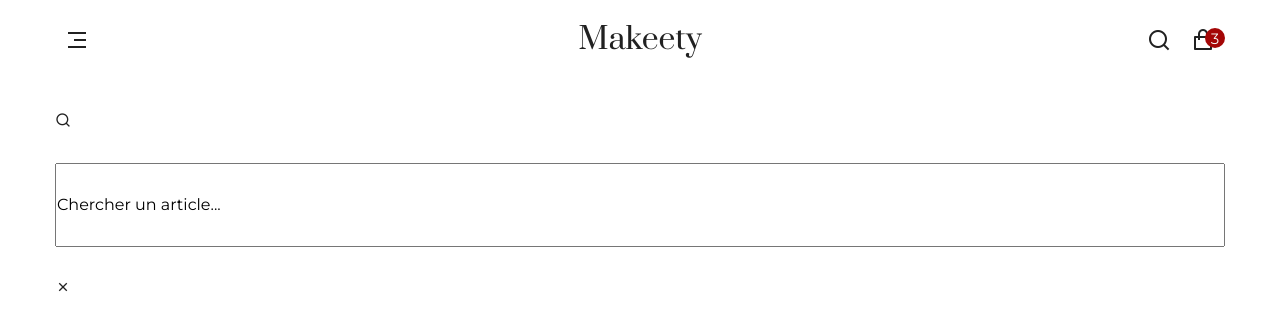
Repository: keita8/makeety-ecommerce
Page: index.html
These files come from the project's save history. The page is drawn as it stood at one moment and after the next save; the edit follows.
The browser window is 1280 px wide. The pictures show the whole page.

Above is the page before, as saved 2023-01-26 18:44:34.

### index.html
<!DOCTYPE html>
<html lang="fr">

<head>
    <meta charset="UTF-8">
    <meta http-equiv="X-UA-Compatible" content="IE=edge">
    <meta name="viewport" content="width=device-width, initial-scale=1.0">
    <link rel="stylesheet" href="css/style.css">
    <link href="https://cdn.jsdelivr.net/npm/remixicon@2.5.0/fonts/remixicon.css" rel="stylesheet">
    <title>Shop</title>
</head>

<body>
    <div class="page-home" id="page">
        <header>
            <div class="inner-header">
                <div class="container wide">
                    <div class="wrap">
                        <div class="header-left">
                            <div class="menu-bar">
                                <a href="#0" class="menu-trigger"> <i class="ri-menu-3-line"></i> </a>
                            </div>

                            <div class="list-inline">
                                <ul>
                                    <li>
                                        <a href=""><i class="ri-user-line"></i></a>
                                    </li>
                                    <li>
                                        <a href=""><span class="item-floating">8</span> <i class="ri-star-line"></i></a>
                                    </li>
                                </ul>
                            </div>
                        </div>
                        <div class="header-center">
                            <nav class="menu">
                                <ul>
                                    <li><a href=""><span>Femmes</span></a></li>
                                    <li>
                                        <a href="">
                                            <span>Hommes</span>
                                        </a>
                                    </li>
                                    <li><a href=""><span>Enfants</span></a></li>
                                </ul>
                                <ul>
                                    <li><a href=""><span>Spécial</span></a></li>
                                    <li><a href=""><span>Best seller</span></a></li>
                                </ul>
                            </nav>

                            <div class="branding"><a href="">Makeety</a></div>
                        </div>
                        <div class="header-right">
                            <div class="list-inline">
                                <ul>
                                    <li><a href=""><i class="ri-search-line"></i></a></li>
                                    <li><a href=""><span class="item-floating">3</span><i class="ri-shopping-bag-line"></i></a></li>
                                </ul>
                            </div>
                        </div>
                    </div>
                </div>
                <div id="search-float" class="search-float">
                    <div class="container wide">
                        <form action="">
                            <i class="ri-search-line"></i>
                            <input class="input" type="search" name="q" placeholder="Chercher un article..." required>
                            <i class="ri-close-line"></i>
                        </form>
                    </div>
                </div>
            </div>
        </header>
    </div>


    <script src="js/script.js"></script>
</body>

</html>

### css/style.css
@import url('https://fonts.googleapis.com/css2?family=Montserrat&family=Prata:ital,wght@0,100;0,200;0,300;0,400;0,500;0,600;0,700;0,800;0,900;1,100;1,200;1,300;1,400;1,500;1,600;1,700;1,800;1,900&display=swap');
@import url('https://fonts.googleapis.com/css2?family=Montserrat:ital,wght@0,100;0,200;0,300;0,400;0,500;0,600;0,700;0,800;0,900;1,100;1,200;1,300;1,400;1,500;1,600;1,700;1,800;1,900&family=Prata&display=swap');
:root {
    --primary-font: 'Montserrat', sans-serif;
    --second-font: 'Prata', serif;
    --fs14: 14px;
    --fw600: 600;
    --transiton-color: color .3s;
    --transition-background: background-color .3s;
    --transition-border: border .3s;
    --transition-transform: transform .3s;
    --primary-color: #2bcbba;
    --powder: #F7F9F7;
    --rufous: #A40606;
    -xikeki: #0E0004;
    --light-color: #d1d8e0;
    --grey-color: #687080;
    --red-color: #ff4757;
    --white-color: #fff;
    --dark-color: #212121;
    --flashwhite-color: #f1f2f6;
    --fade: fade-bottom .3s cubic-bezier(0.39, 0.575, .0565, 1) both;
    --shadow: 0px 10px 20px 0px rgb(0 0 0 / 20%);
}

html {
    scroll-behavior: smooth;
    overflow: hidden;
}

* {
    margin: 0;
    padding: 0;
    box-sizing: border-box;
}

*,
::before,
 ::after {
    box-sizing: border-box;
}

body {
    font-family: var(--primary-font);
    font-size: 16px;
    font-weight: 400;
    line-height: 1.8;
    color: var(--dark-color);
    background-color: var(--white-color);
}

a {
    text-decoration: none;
    color: inherit;
    -webkit-tap-highlight-color: transparent;
}

img {
    max-width: 100%;
    vertical-align: middle;
}

ul {
    list-style: none;
}

p {
    margin: 0 0 15px;
}

input,
textarea,
select {
    font: inherit;
    width: 100%;
}

input[type=checkbox],
input[type=radio] {
    width: auto;
}

input::placeholder,
textarea::placeholder {
    color: inherit;
}

button {
    font: inherit;
}

strong {
    font-weight: var(--fw600);
}

h1,
h2,
h3,
h4 {
    font-family: var(--second-font);
    font-weight: 400;
    line-height: normal;
}

h1 {
    font-size: 2.75em;
}

h2 {
    font-size: 2.5em;
}

h3 {
    font-size: 2em;
}

h4 {
    font-size: 1em;
}

.container {
    max-width: var(--max-width, 1200px);
    padding: 0 var(--gutter, 15px);
    margin: 0 auto;
}

.item-floating {
    position: absolute;
    font-size: 15px;
    font-weight: var(--fw400);
    top: -8;
    right: 0;
    width: 20px;
    height: 20px;
    background-color: var(--rufous);
    color: var(--powder);
    display: flex;
    align-items: center;
    justify-content: center;
    border-radius: 100%;
}


/*-------------*
SELECTEUR GROUPÉS
*--------------*/

.item-floating .header-center .branding {
    display: flex;
    align-items: center;
    justify-content: center;
}

.inner-header {
    line-height: 80px;
}

.inner-header :where(.wrap,
.menu>ul),
.list-inline>ul {
    display: flex;
    align-items: center;
}

.header-left,
.header-right {
    flex-grow: 1;
}

.header-center nav {
    display: none;
    grid-template-columns: repeat(2, 1fr);
    gap: 180px;
    max-width: 720px;
}

.header-center .branding {
    position: absolute;
    left: 0;
    right: 0;
    top: 0;
    display: flex;
    align-items: center;
    justify-content: center;
    pointer-events: none;
}

.header-center .branding a {
    font-family: var(--second-font);
    font-size: 30px;
    line-height: inherit;
    pointer-events: auto;
}

.header-center .menu>ul>li>a {
    font-size: var(--fs14);
    font-weight: var(--fw600);
    text-transform: uppercase;
    padding: 0 15px;
    display: flex;
    gap: 5px;
}

.header-right ul {
    justify-content: flex-end;
}

.list-inline a,
.menu-trigger {
    position: relative;
    font-size: 24px;
    padding: 0 10px;
    line-height: 1;
    display: flex;
}

.header-left .list-inline {
    display: none;
}

.list-inline a:hover {
    color: var(--dark-color);
}

:where(.header-left,
.header-right) li {
    display: flex;
    align-items: center;
    height: 80px;
}


/* HEADER*/

.inner-header .sear @media (min-width:992px) {
    .menu-trigger {
        display: none;
    }
    .header-center nav {
        display: grid;
    }
    .header-left .list-inline {
        display: block;
    }
}

@media (min-width:1200px) {
    .container .wide {
        --mx-width: 1720px;
        --gutter: 40px;
    }
}

@media (min-width:1400px) {
    .mega-content {
        grid-template-columns: repeat(2, 1fr);
    }
}

Loaded but not shown: js/script.js (no copy from this time; the picture is the same without it)

After the next save:
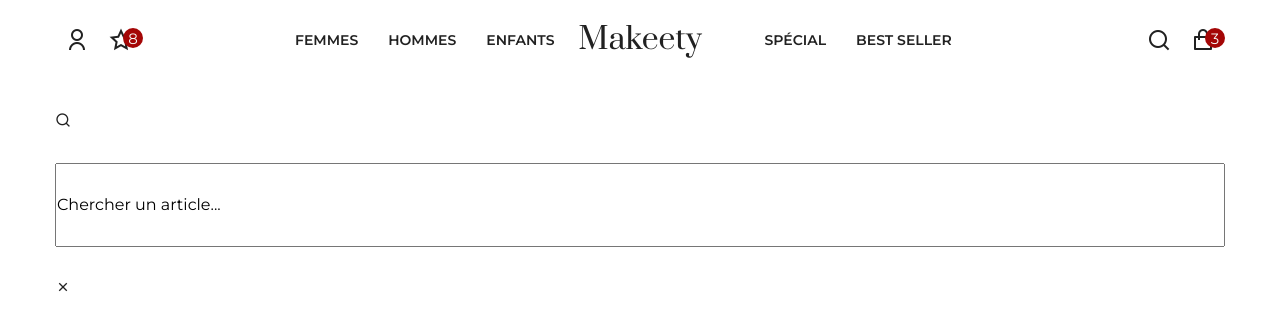
Saved 6 s later.
--- a/css/style.css
+++ b/css/style.css
@@ -232,7 +232,9 @@
 
 /* HEADER*/
 
-.inner-header .sear @media (min-width:992px) {
+.inner-header .search-float {}
+
+@media (min-width:992px) {
     .menu-trigger {
         display: none;
     }
